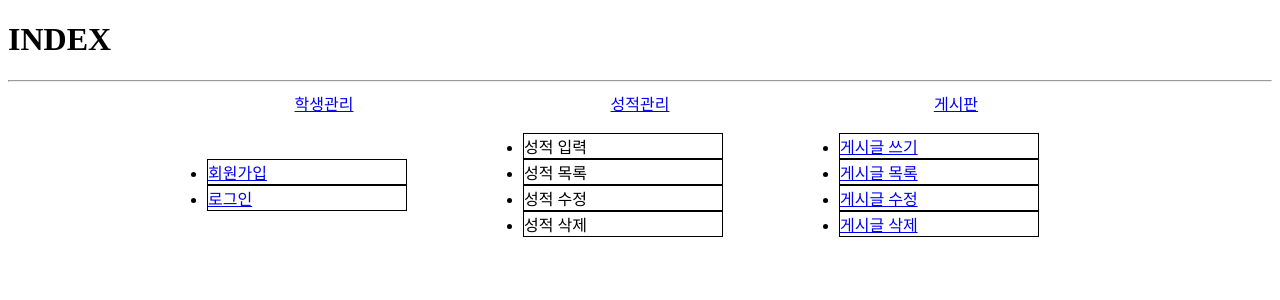
Repository: ByeonYJ/CSSTest
Page: GMSUI/WebContent/index.html
The author's editor kept a copy of each file at every save. The page is drawn from the files as they stood at one save, then again after the next save.
The browser window is 1280 px wide. The pictures show the whole page.

Above is the page before, as saved 2017-07-20 06:19:28.

After the next save:
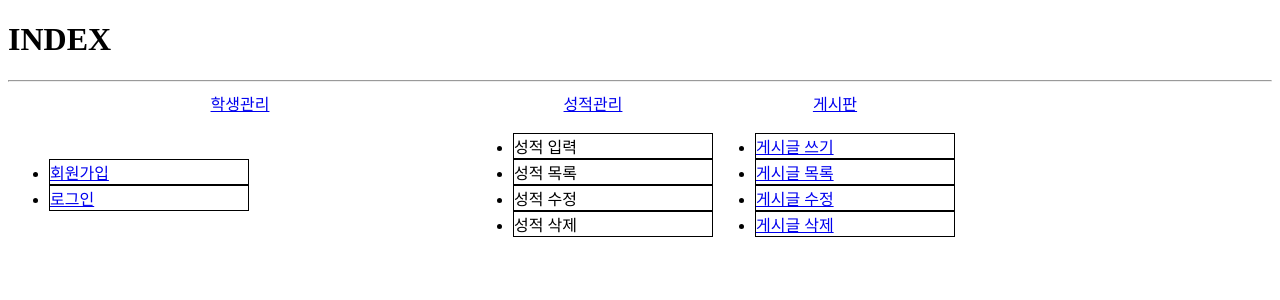
Saved 31 s later.
--- a/GMSUI/WebContent/css/member.css
+++ b/GMSUI/WebContent/css/member.css
@@ -2,5 +2,4 @@
 #index-tab{width: 75%;}
 .index-ul{width: 200px}
 .index-ul>li{border: 1px solid black;}
-#index-tab{width: 75%;margin:0 auto;}
-#index-tab-tr>td{}
+#index-tab-tr>td{width: 75%;margin:0 auto;}
